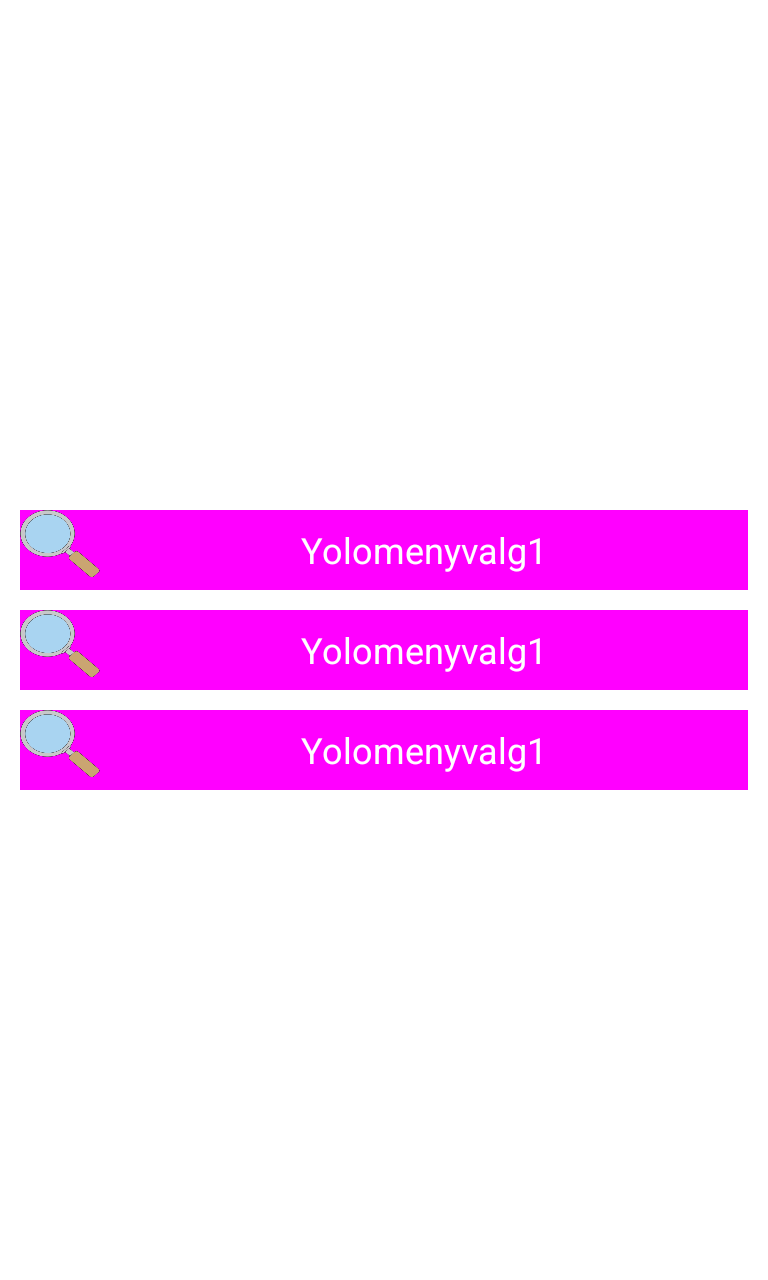
Repository: pumalove/workspace
Layout: MainActivity/res/layout/gridview.xml
An editor plug-in stored every save of this project. The layout is shown before and after the next save, followed by the edit.
It is drawn on a 768 x 1280 px phone screen (xhdpi) without system bars, with theme AppTheme; the app's code is not run. Lists and similar views that code fills are empty.

Above is the layout before, as saved 2014-03-18 10:30:49.

### MainActivity/res/layout/gridview.xml
<?xml version="1.0" encoding="utf-8"?>
<LinearLayout xmlns:android="http://schemas.android.com/apk/res/android"
    android:layout_width="match_parent"
    android:layout_height="wrap_content"
    android:orientation="vertical"
    android:padding="10dp">

    <LinearLayout
        android:layout_marginBottom="20dp"
        android:layout_width="fill_parent"
        android:layout_height="wrap_content">

        <GridView
            android:id="@+id/gridview"
            android:layout_width="fill_parent"
            android:layout_height="225dp"
            android:columnWidth="90dp"
            android:numColumns="auto_fit"
            android:verticalSpacing="5dp"
            android:horizontalSpacing="5dp"
            android:stretchMode="columnWidth"
            android:gravity="center"
            />
	</LinearLayout>


    <LinearLayout
        android:id="@+id/linearlayout2"
        android:layout_width="fill_parent"
        android:layout_height="wrap_content"
        android:layout_gravity="center"
        android:orientation="vertical"
        android:layout_below="@id/gridview">

        <LinearLayout
            android:id="@+id/customButton1"
            android:layout_width="fill_parent"
            android:layout_height="wrap_content"
            android:layout_marginBottom="10dp"
            android:orientation="horizontal"
            android:clickable="true"
            android:focusable="true"
            android:background="@drawable/custom_buttons"
            >

            <ImageView
                android:id="@+id/imageView1"
                android:layout_width="40dp"
                android:layout_height="40dp"
                android:scaleType="centerCrop"
                android:src="@drawable/sample_0" />

			<LinearLayout
			    android:layout_width="fill_parent"
            	android:layout_height="wrap_content"
            	android:gravity="center"
            	android:layout_gravity="center" >
            	<TextView
                	android:layout_width="wrap_content"
                	android:layout_height="wrap_content"
                	android:layout_gravity="center"
                	android:text="Yolomenyvalg1"
                	android:textColor="#FFFFFF"
                	android:textSize="18dp"/>
			</LinearLayout>
		</LinearLayout>


        <LinearLayout
            android:id="@+id/customButton2"
            android:layout_width="fill_parent"
            android:layout_height="wrap_content"
            android:layout_marginBottom="10dp"
            android:orientation="horizontal"
            android:gravity="center"
            android:clickable="true"
            android:focusable="true"
            android:background="@drawable/custom_buttons"
            >

            <ImageView
                android:id="@+id/imageView2"
                android:layout_width="40dp"
                android:layout_height="40dp"
                android:scaleType="centerCrop"
                android:src="@drawable/sample_0" />

           <LinearLayout
			    android:layout_width="fill_parent"
            	android:layout_height="wrap_content"
            	android:gravity="center"
            	android:layout_gravity="center" >
            	<TextView
                	android:layout_width="wrap_content"
                	android:layout_height="wrap_content"
                	android:layout_gravity="center"
                	android:text="Yolomenyvalg1"
                	android:textColor="#FFFFFF"
                	android:textSize="18dp"/>
			</LinearLayout>

        </LinearLayout>

        <LinearLayout
            android:id="@+id/customButton3"
            android:layout_width="fill_parent"
            android:layout_height="wrap_content"
            android:layout_marginBottom="10dp"
            android:orientation="horizontal"
            android:gravity="center"
            android:clickable="true"
            android:focusable="true"
            android:background="@drawable/custom_buttons"
            >

            <ImageView
                android:id="@+id/imageView3"
                android:layout_width="40dp"
                android:layout_height="40dp"
                android:scaleType="centerCrop"
                android:src="@drawable/sample_0" />

            <LinearLayout
			    android:layout_width="fill_parent"
            	android:layout_height="wrap_content"
            	android:gravity="center"
            	android:layout_gravity="center" >
            	<TextView
                	android:layout_width="wrap_content"
                	android:layout_height="wrap_content"
                	android:layout_gravity="center"
                	android:text="Yolomenyvalg1"
                	android:textColor="#FFFFFF"
                	android:textSize="18dp"/>
			</LinearLayout>

        </LinearLayout>
    </LinearLayout>



</LinearLayout>

### MainActivity/res/values/styles.xml
<resources xmlns:android="http://schemas.android.com/apk/res/android">

    <!--
        Base application theme, dependent on API level. This theme is replaced
        by AppBaseTheme from res/values-vXX/styles.xml on newer devices.
    -->
    <style name="AppBaseTheme" parent="android:Theme.Light">
        <!--
            Theme customizations available in newer API levels can go in
            res/values-vXX/styles.xml, while customizations related to
            backward-compatibility can go here.
        -->
    </style>

    <!-- Application theme. -->
    <style name="AppTheme" parent="AppBaseTheme">
        <!-- All customizations that are NOT specific to a particular API-level can go here. -->
    </style>

</resources>

### MainActivity/res/values-v11/styles.xml
<resources>

    <!--
        Base application theme for API 11+. This theme completely replaces
        AppBaseTheme from res/values/styles.xml on API 11+ devices.
    -->
    <style name="AppBaseTheme" parent="android:Theme.Holo.Light">
        <!-- API 11 theme customizations can go here. -->
    </style>

</resources>

### MainActivity/res/drawable/custom_buttons.xml
<?xml version="1.0" encoding="utf-8"?>
<selector xmlns:android="http://schemas.android.com/apk/res/android">

  <item android:state_pressed="true" >
    <shape>
      <solid android:color="#FF0000" />
    </shape>
  </item>

  <item android:state_focused="true" >
    <shape>
      <solid android:color="#DDDDDD" />
    </shape>
  </item>

  <item>
    <shape>
      <solid android:color="#FF00FF" />
    </shape>
  </item>

</selector>

After the next save:
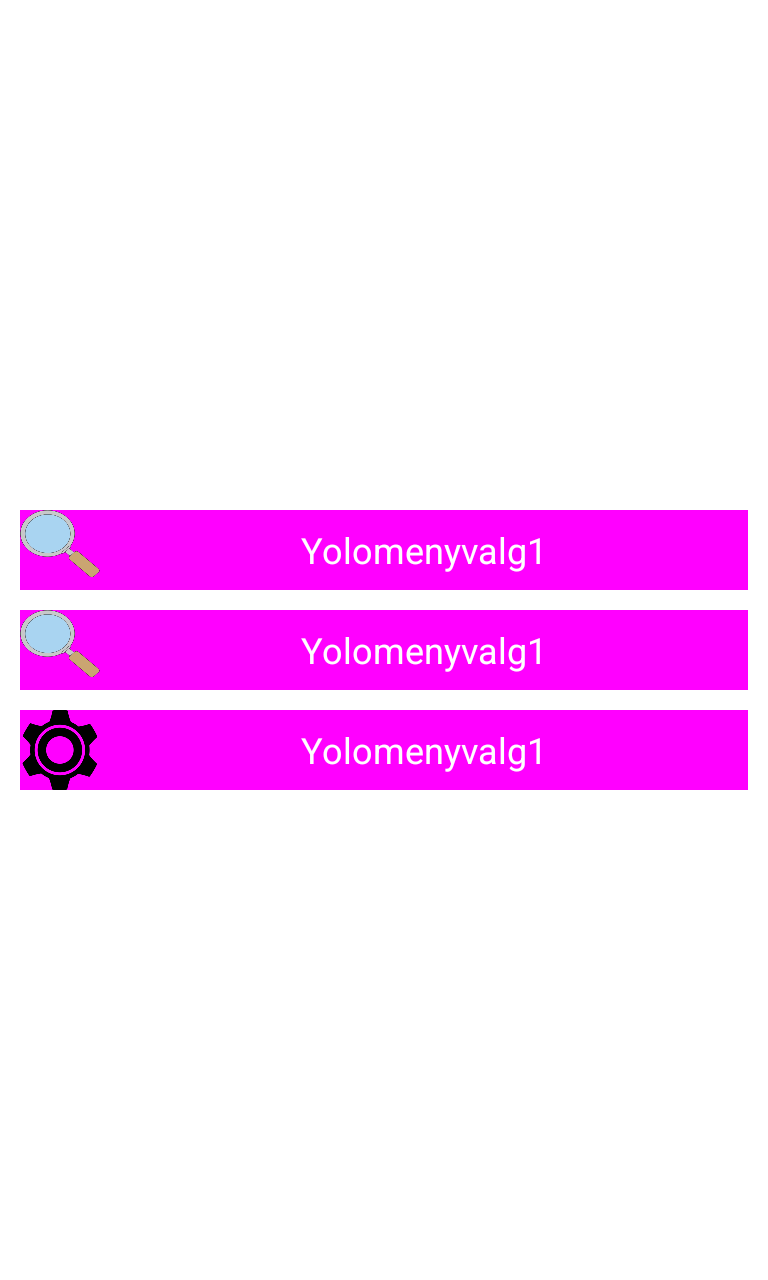
Saved 8 min 31 s later.
--- a/MainActivity/res/layout/gridview.xml
+++ b/MainActivity/res/layout/gridview.xml
@@ -118,7 +118,7 @@
                 android:layout_width="40dp"
                 android:layout_height="40dp"
                 android:scaleType="centerCrop"
-                android:src="@drawable/sample_0" />
+                android:src="@drawable/settings" />
 
             <LinearLayout
 			    android:layout_width="fill_parent"
